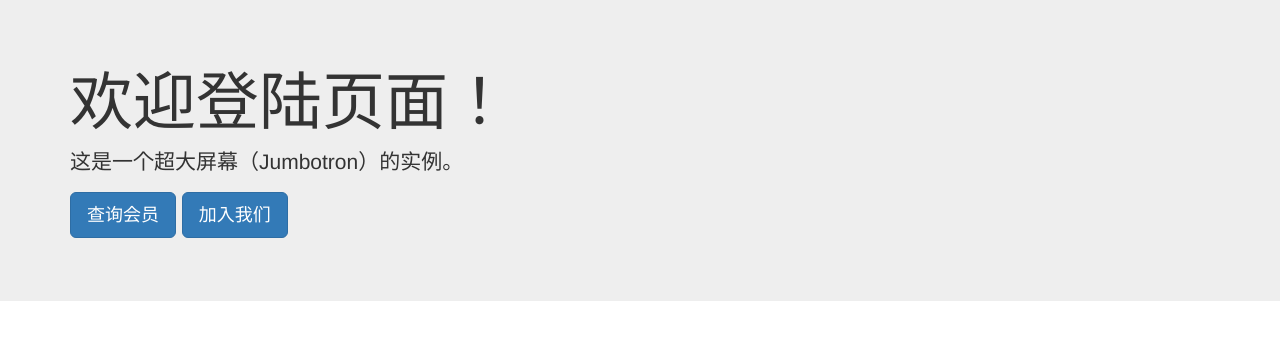
Repository: HelloChuang/HelloChuang-EclipseWorkSpace
Page: http://localhost/RetestServlet2/user_add.jsp
These files come from the project's save history. The page is drawn as it stood at one moment and after the next save; the edit follows.
The browser window is 1280 px wide. The pictures show the whole page.
The page is served by Tomcat 9. Other server files are loaded and not shown.

Above is the page before, as saved 2018-10-31 03:02:30.

### EclipseWorkSpace/RetestServlet2/WebContent/user_add.jsp
<%@ page language="java" contentType="text/html; charset=UTF-8"
    pageEncoding="UTF-8"%>
<!DOCTYPE>
<html>
<head>
<meta http-equiv="Content-Type" content="text/html; charset=UTF-8">
<link rel="stylesheet" type="text/css" href="${pageContext.request.contextPath}/css/bootstrap.min.css">
<script type="text/javascript"  href="${pageContext.request.contextPath}/js/jquery-1.9.1.js"></script>
<script type="text/javascript"  href="${pageContext.request.contextPath}/js/bootstrap.min.js"></script>
<title>首页</title>
</head>
<body>
<div class="jumbotron">
    <div class="container">
        <h1>欢迎登陆页面！</h1>
        <p>这是一个超大屏幕（Jumbotron）的实例。</p>
        <p><a class="btn btn-primary btn-lg" role="button" href="FindUserByPageList?pageIndex=1">
         查询会员</a>
         <a class="btn btn-primary btn-lg" role="button" href="user_add.jsp">
         加入我们</a>
        </p>
    </div>
</div>
</body>
</html>

Loaded but not shown: EclipseWorkSpace/RetestServlet2/WebContent/css/bootstrap.min.css (library)

After the next save:
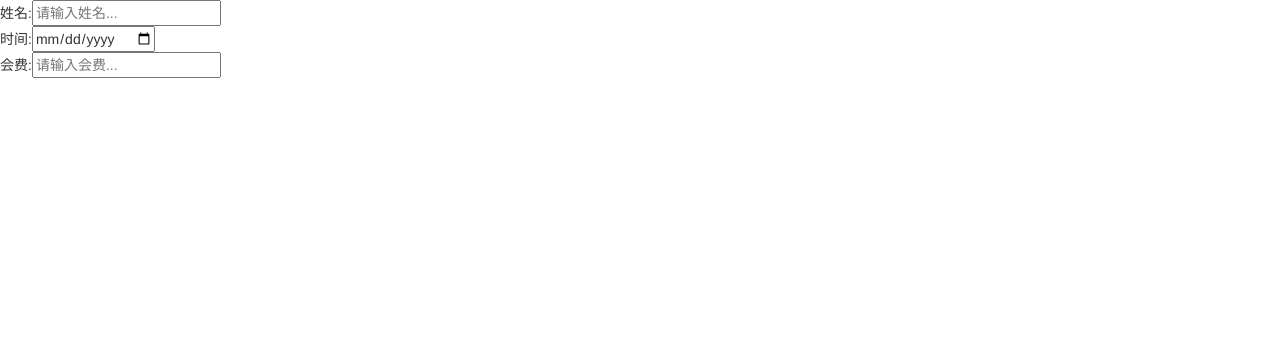
Saved 3 min 28 s later.
--- a/EclipseWorkSpace/RetestServlet2/WebContent/user_add.jsp
+++ b/EclipseWorkSpace/RetestServlet2/WebContent/user_add.jsp
@@ -10,16 +10,11 @@
 <title>首页</title>
 </head>
 <body>
-<div class="jumbotron">
-    <div class="container">
-        <h1>欢迎登陆页面！</h1>
-        <p>这是一个超大屏幕（Jumbotron）的实例。</p>
-        <p><a class="btn btn-primary btn-lg" role="button" href="FindUserByPageList?pageIndex=1">
-         查询会员</a>
-         <a class="btn btn-primary btn-lg" role="button" href="user_add.jsp">
-         加入我们</a>
-        </p>
-    </div>
-</div>
+<form action="AddUserAction">
+	姓名:<input type="text" name="uname" required="required" placeholder="请输入姓名..."/><br/>
+	时间:<input type="date" name="udate" required="required" placeholder="请输入入会时间..."/><br/>
+	会费:<input type="number" name="umoney" required="required" placeholder="请输入会费..."/><br/>
+
+</form>
 </body>
 </html>
